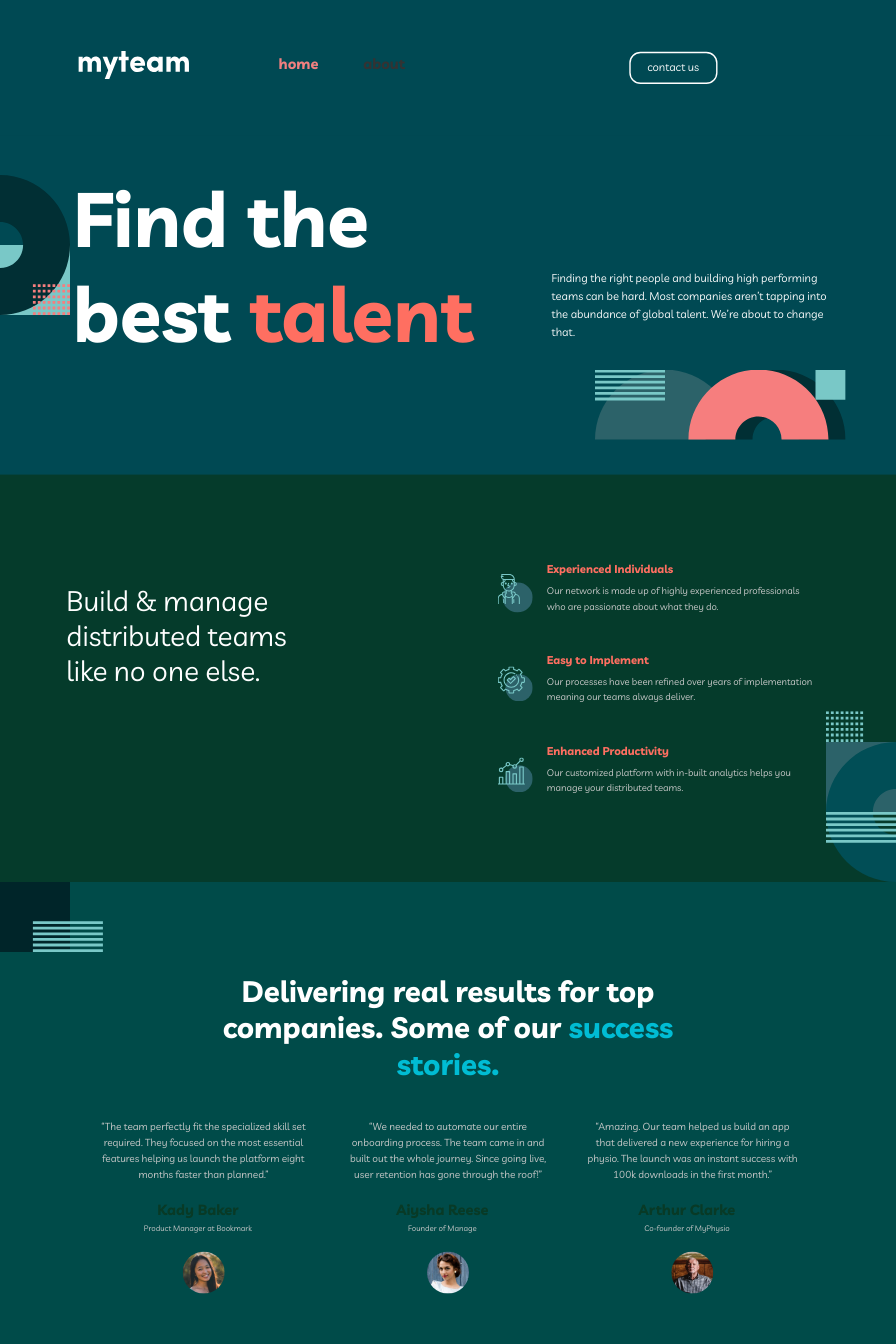
Repository: Gabriel221-dev/Project-page-main
Page: /
These files come from the project's save history. The page is drawn as it stood at one moment and after the next save; the edit follows.
The browser window is 1280 px wide. The pictures show the part of the page from y = 0 to 1920 px (the page is 2612 px tall), at 70% of full size.
The project was rebuilt for these pictures with package versions that can differ from the ones it lists, and the page was loaded fresh each time. Also part of the build but not shown: vite.config.js, src/pages/About.css, src/components/DirectorCard.css, src/components/DirectorCard.jsx, src/pages/About.jsx, src/pages/Contact.css, src/pages/Contact.jsx.

Above is the page before, as saved 2024-07-23 18:31:09.

### src/App.jsx
import { BrowserRouter as Router, Route, Routes } from "react-router-dom";
import Home from "./pages/Home";
import About from "./pages/About";
import Contact from "./pages/Contact";
import Header from "./components/Header";
import Footer from "./components/Footer";
import "./styles/global.css";

const App = () => {
  return (
    <Router>
      <Header />
      <main>
        <Routes>
          <Route path="/" element={<Home />} />
          <Route path="/about" element={<About />} />
          <Route path="/contact" element={<Contact />} />
        </Routes>
      </main>
      <Footer />
    </Router>
  );
};

export default App;

### src/components/Header.jsx
import { useState } from "react";
import { NavLink } from "react-router-dom";
import { FaBars } from "react-icons/fa";
import Sidebar from "./Sidebar";
import "./Header.css";
import { IconContext } from "react-icons";

const Header = () => {
  const [isSidebarToggled, setSidebarToggled] = useState(false);

  const handleToggle = () => {
    setSidebarToggled((prev) => !prev);
  };

  return (
    <>
      <IconContext.Provider value={{ color: "#fff" }}>
        <header className="header">
          <nav className="header__nav">
            <NavLink className="header__brand" to="/">
              <img
                className="header__logo"
                src="/Imagez/logo.svg"
                alt="Logo"
                loading="eager"
                width="160"
              />
            </NavLink>

            <ul className="header__navigation">
              <li className="header__link">
                <NavLink
                  className={({ isActive }) =>
                    isActive
                      ? "header__anchor header__anchor--active"
                      : "header__anchor"
                  }
                  to="/"
                >
                  home
                </NavLink>
              </li>
              <li className="header__link">
                <NavLink
                  className={({ isActive }) =>
                    isActive
                      ? "header__anchor header__anchor--active"
                      : "header__anchor"
                  }
                  to="/about"
                >
                  about
                </NavLink>
              </li>

              <NavLink className="header__btn" to="/contact">
                contact us
              </NavLink>
            </ul>

            <button
              className="header__menu"
              title="Toggle Menu"
              onClick={handleToggle}
            >
              <FaBars />
            </button>
          </nav>
          <Sidebar isOpen={isSidebarToggled} onToggle={handleToggle} />
        </header>
      </IconContext.Provider>
    </>
  );
};

export default Header;

### src/styles/global.css
@import url('https://fonts.googleapis.com/css2?family=Livvic:ital,wght@0,400;0,500;0,600;0,700;1,400;1,500;1,600;1,700&display=swap');/* Reset some default browser styles */
* {
    margin: 0;
    padding: 0;
    box-sizing: border-box;
  }

  body {
    font-family: "Livvic", sans-serif;
    line-height: 1.6;
    color: #333;
    background-color: #004953;
    margin: 0;
    padding: 0;
  }

  /* Headings */
  h1, h2, h3, h4, h5, h6 {
    margin-bottom: 1rem;
    line-height: 1.25;
  }

  h1 {
    font-size: 2.5rem;
  }

  h2 {
    font-size: 2rem;
  }

  h3 {
    font-size: 1.75rem;
  }

  h4 {
    font-size: 1.5rem;
  }

  h5 {
    font-size: 1.25rem;
  }

  h6 {
    font-size: 1rem;
  }

  /* Paragraphs */
  p {
    margin-bottom: 1rem;
  }

  /* Links */
  a {
    color: #007BFF;
    text-decoration: none;
  }

  a:hover {
    text-decoration: underline;
  }

  /* Images */
  img {
    max-width: 100%;
    height: auto;
  }

  /* Forms */
  input, textarea, button {
    font-family: inherit;
    font-size: inherit;
  }

  input, textarea {
    width: 100%;
    padding: 0.5rem;
    margin-bottom: 1rem;
    border: 1px solid #ccc;
    border-radius: 4px;
  }

  button {
    padding: 0.5rem 1rem;
    background-color: #007BFF;
    color: #fff;
    border: none;
    border-radius: 4px;
    cursor: pointer;
  }

  button:hover {
    background-color: #0056b3;
  }

  /* Utility Classes */
  .container {
    max-width: 1200px;
    margin: 0 auto;
    padding: 0 1rem;
  }

  .text-center {
    text-align: center;
  }

  .mt-1 {
    margin-top: 1rem;
  }

  .mb-1 {
    margin-bottom: 1rem;
  }

  .mt-2 {
    margin-top: 2rem;
  }

  .mb-2 {
    margin-bottom: 2rem;
  }

  .mt-3 {
    margin-top: 3rem;
  }

  .mb-3 {
    margin-bottom: 3rem;
  }

  .mt-4 {
    margin-top: 4rem;
  }

  .mb-4 {
    margin-bottom: 4rem;
  }

  .mt-5 {
    margin-top: 5rem;
  }

  .mb-5 {
    margin-bottom: 5rem;
  }

### src/components/ContactBanner.jsx
import { Link } from "react-router-dom";
import "./ContactBanner.css";

const ContactBanner = () => {
  return (
    <div className="banner">
      <div className="banner__content">
        <h1 className="banner__title">Ready to get started?</h1>
        <Link to="/contact" className="banner__btn">
          contact us
        </Link>
      </div>
    </div>
  );
};

export default ContactBanner;

### src/pages/Home.css
/* Variables */
:root {
    --midnight-green: #004d40;
    --light-coral: #ff6f61;
    --rapture-blue: #00bcd4;
    --deep-jungle-green: #002b22;
    --sacramento-state-green: #003b36;
  }

  /* Main styles */
  /* .home {
    padding: 10px;
  } */

  .find {

    display: flex;
    align-items: center;
    justify-content: center;
    padding: 50px 0;
    position: relative;
    background-image: url('/Imagez/bg-pattern-home-1.svg');
    background-repeat: no-repeat;
    background-position: left -100px top 56px;
  }

  @media only screen and (max-width: 768px) {
    .find {
      background-image: none;
    }
  }

  .find__content {
    display: flex;
    flex-direction: row;
    align-items: center;
    justify-content: center;
    text-align: left;
    color: white;
    background-image:url('/Imagez/bg-pattern-home-2.svg');
    background-repeat: no-repeat;
    background-position: right bottom ;
  }

  @media only screen and (max-width: 768px) {
    .find__content {
      flex-direction: column;
    }
  }

  .find__title {
    font-size: 6.8rem;
    margin-bottom: 4rem;
    padding-left: 2rem;
    padding-bottom: 3rem;
    flex: 1;
    max-width: 700px;
  }

  @media only screen and (max-width: 768px) {
    .find__title {
      text-align: center;
      margin: 0 auto;
      font-size: 2rem;
    }
  }

  .find__title--coral {
    color: var(--light-coral);
  }

  .find__description {
    font-size: 1rem;
    padding: 2rem 0.5rem;
    margin: 1rem 0.5rem;
    max-width: 420px;
    flex: 1;
  }

  @media only screen and (max-width: 768px) {
    .find__description {
      text-align: center;
      margin: 0 auto;
      font-size: 1rem;
    }
  }

  .build {
    background-color: #053b2b;
    padding: 50px 0;
    display: flex;
    height: 100%;
    align-items: center;
    justify-content: center;
    position: relative;
    background-image: url('/Imagez/bg-pattern-home-3.svg');
    background-repeat: no-repeat;
    background-position: right -100px bottom;
  }

  @media only screen and (max-width: 768px) {
    .build {
      background-position: right -100px top;
      flex-direction: column;
    }
  }

  .build__content {
    display: flex;
    flex-direction: row;
    align-items: flex-start;
    justify-content: space-between;
    max-width: 1200px;
    width: 100%;
    margin-top: 1rem;
    padding: 1.8rem;
  }

  @media only screen and (max-width: 768px) {
    .build__content {
      flex-direction: column;
    }
  }

  .build__title {
    font-size: 2.5rem;
    font-weight: bold;
    color: #fff;
    margin: 10px -24px;
    flex: 1;
    max-width: 420px;
    padding: 50px;
    text-align: left;
    font-weight: 200;
  }

  @media only screen and (max-width: 768px) {
    .build__title {
      margin-bottom: 20px;
      text-align: left;
      padding: 1rem;
      width: 250px;
      font-size: 2rem;
      text-align: left;
      justify-content: flex-start;
    }
  }

  .build__items {
    font-size: 0.5rem;
    display: flex;
    flex-direction: column;
    flex: 1;
    margin: 10px 50px;
    max-width: 450px;
  }

  @media only screen and (max-width: 768px) {
    .build__items {
      max-width: 100%;
    }
  }

  .build__item {
    display: flex;
    align-items: center;
    margin: 20px 0;
    text-align: left;
  }

  @media only screen and (max-width: 768px){
    .build__item{
      flex-direction: column;
      align-items: center;
    }
  }

  .build__icon {
    width: 50px;
    margin-right: 20px;

  }

  @media only screen and (max-width: 768px) {
    .build__icon {
      margin-bottom: 10px; /* Space between icon and text */
    }
  }

  .build__text h3 {
    font-size: 1rem;
    color: #ff6f61;
    font-weight: bold;
    margin-bottom: 10px;
  }

  @media screen and (max-width:768px){
    .build__text h3{
      padding: 1rem;
      font-size: 1rem;
      text-align: center;

    }
  }

  .build__text p {
    font-size: 0.85rem;
    color: #ccc;
    margin-top: 0;
  }

  @media screen and (max-width:768px){
    .build__text p{
      padding-bottom: .5rem;
      font-size: .8rem;
      width: 340px;
      text-align: center;
    }
  }

  .delivering {
    background-color: #004b49;
    padding: 50px 0px;
    position: relative;
    background-image:url(/Imagez/bg-pattern-home-4-about-3.svg), url(/Imagez/bg-pattern-home-5.svg);
    background-repeat: no-repeat;
    background-position: left top, right bottom;
    width: auto;
  }

  .delivering__content {
    text-align: center;
    max-width: 1000px;
    margin: 0 auto;
    grid-column: center-start / center-end;
    grid-row: 2 / 3;
    display: grid;
    grid-template-rows: 140px repeat(2, auto) 140px;
  }

  @media only screen and (max-width: 768px) {
    .delivering__content {
      grid-template-rows: 100px repeat(2, auto) 100px;
    }
  }

  .delivering__title {
    font-size: 41.9px;
    font-weight: bold;
    color: #fff;
    text-align: center;
    max-width: 49.5rem;
    height: 170px;
    margin-left: auto;
    margin-right: auto;
    margin-top: 79px;
    /* background-color:greenyellow; */
  }

  @media only screen and (max-width: 768px) {
    .delivering__title {
      margin-top: 4.8rem;
      font-size: 1.9rem;
      display: block;
      max-width: 550px;
      margin-bottom: 60px;
      padding: 1.5rem;
    }
  }

  .delivering__title--rapture-blue {
    color: var(--rapture-blue);
  }

  .delivering__quotes {
    justify-content: center;
    grid-row: 3 / 4;
    display: grid;
    grid-template-columns: repeat(3, 1fr);
    column-gap: 3rem;
    margin-top: 2rem;
    height: 350px;
    max-width: 1000px;
    margin-top: 8rem;
  }

  @media only screen and (max-width: 768px) {
    .delivering__quotes {
      grid-template-columns: 1fr;
      grid-template-rows: repeat(3, min-content);
      column-gap: 0;
      row-gap: 2.5rem;
      padding: 2.5rem;
      margin-top: 6.8rem;
    }
  }

  .delivering__quote {
    text-align: center;
    display: flex;
    flex-direction: column;
    justify-content: space-between;
    height: 100%;
        margin-left: auto;
    margin-right: auto;
  }

  .delivering__quote p {
    font-size: .9rem;
    color: #ccc;
    display: -webkit-box;
    -webkit-box-orient: vertical;
    -webkit-line-clamp: 4;
    overflow: hidden;
    text-overflow: ellipsis;
    margin-top: 20px;
  }

  .delivering__quote h3 {
    font-size: 1.3rem;
    color: #083a26;
    margin:-8rem 2rem -3rem 1rem;
  }

  .delivering__quotes .name__tag {
    font-size: .7rem;
    margin:-5rem 1rem -2rem 0rem;
  }

  .delivering__quote img {
    width: 60px;
    height: 60px;
    border-radius: 50%;
    align-self: center;
    margin: -5rem 0rem 5rem 0rem ;
  }


  @media only screen and (max-width: 768px) {
    .delivering__quotes {
      grid-template-columns: 1fr;
      grid-template-rows: repeat(3, min-content);
      column-gap: 0;
      row-gap: 2.5rem;
      padding: 2.5rem;
      height: auto
    }

    .delivering__quote {
      height: auto; /* Adjust height for smaller screens */
    }

    .delivering__quote p {
      -webkit-line-clamp: 3; /* Limits the text to 3 lines on smaller screens */
    }

    .delivering__quote h3, p{
      margin: .5rem;
    }

    .delivering__quote .name__tag{
      margin: -4px;
    }

    .delivering__quote img{
      margin: 15px;
    }
  }

### src/components/Sidebar.jsx
import PropTypes from "prop-types";
import { useNavigate } from "react-router-dom";
import { AiOutlineClose } from "react-icons/ai";
import "./Sidebar.css";
import { IconContext } from "react-icons";

const Sidebar = ({ isOpen, onToggle }) => {
  const navigate = useNavigate();

  const handleNavigate = (path) => {
    navigate(path);
    onToggle();
  };

  return (
    <IconContext.Provider value={{ color: "#fff" }}>
      <div className={`sidebar ${isOpen ? "sidebar--open" : ""}`}>
        <div className="sidebar__overlay" onClick={onToggle}></div>
        <div className="sidebar__content">
          <div className="sidebar__header">
            <button
              className="sidebar__close"
              title="Close Menu"
              onClick={onToggle}
            >
              <AiOutlineClose />
            </button>
          </div>

          <ul className="sidebar__navigation">
            <li className="sidebar__link">
              <button
                className="sidebar__anchor"
                onClick={() => handleNavigate("/")}
              >
                home
              </button>
            </li>
            <li className="sidebar__link">
              <button
                className="sidebar__anchor"
                onClick={() => handleNavigate("/about")}
              >
                about
              </button>
            </li>
          </ul>

          <button
            className="sidebar__btn"
            onClick={() => handleNavigate("/contact")}
          >
            contact us
          </button>
        </div>
      </div>
    </IconContext.Provider>
  );
};

Sidebar.propTypes = {
  isOpen: PropTypes.bool.isRequired,
  onToggle: PropTypes.func.isRequired,
};

export default Sidebar;

### src/components/Header.css
.header {
    background-color: #004953;
    height: 194px;
    display: flex;
    justify-content: space-between;
    align-items: center;
    padding: 1rem 7rem;
  }

  @media only screen and (max-width: 850px) {
    .header {
      height: 150px;
      /* background-color:red; */
      align-items:left;
    }
  }

  @media only screen and (max-width: 576px) {
    .header {
      height: 128px;
    }
  }

  .header__nav {
    /* display: flex;
    align-items: center;
    gap: 8rem; */
    grid-column: center-start / center-end;
    display: grid;
    grid-template-columns: max-content 1fr max-content;
    align-items: center;
    column-gap: 8rem;

    @media only screen and (max-width: 768px) {
      column-gap: 4rem;
    }

    @media only screen and (max-width: 576px) {
        grid-template-columns: repeat(2, 1fr);
        column-gap: 0;
    }
  }

  .header__logo {
    max-width: 158px;

    @media only screen and (max-width: 768px) {
      margin-right: 14rem;
      margin-left: -5rem;
    }
  }

  .header__navigation {
    list-style: none;
    display: flex;
    margin: 0;
    padding: 0;
    text-decoration: none;

    @media only screen and (max-width: 820px) {
      display: none;
    }
  }

  .header__link {
    margin-right: 4rem;
    text-decoration: none;
  }

  /* .header:last-child {
    margin-right: 0;
  } */

  .header__anchor {
    font-size: 1.3rem;
    text-decoration: none;
    color: #333;
    font-weight: bold;
  }

  .header__anchor:hover{
    text-decoration: none;
  }

  .header__anchor--active {
    color: #f08080;
}

  .header__btn {
    background-color: transparent;
    border: 2px solid #fff;
    border-radius:16px;
    color: #fff;
    padding: 0.5rem 1.5rem;
    margin-left: 16rem;
    text-decoration: none;
    display: inline-block;
    cursor: pointer;
    justify-self: end;

    @media only screen and (max-width: 820px) {
      display: none;
    }
  }

  .header__btn:hover{
    background-color:white;
    color:#004953;
    text-decoration: none;
    border-radius:16px;
    transform: scale(1.05);
    transition: transform 0.6s ease-in-out, border-bottom 0.6s ease;
  }

  .header__menu {
    display: none;

    @media only screen and (max-width: 820px) {
      display: flex;
      width: 50px;
      height: 28px;
      padding: .1rem;
      border: 0;
      outline: 0;
    }
  }

  .header__menu:hover{
    background:none;
  }

### src/components/ContactBanner.css
.banner {
    background-color: #f08080;
    height: 200px;
    display: grid;
    column-gap: 3rem;
    align-items: center;
    align-content: center;
    background-image:url(/Imagez/bg-pattern-home-6-about-5.svg);
    background-repeat: no-repeat;
    background-position: left bottom;

    @media only screen and (max-width: 768px) {
      height: 302px;
    }
  }

  .banner__content {
    grid-column: 2 / 10;
    display: grid;
    grid-template-columns: repeat(12, 1fr);
    align-items: center;
    grid-column: center-start / center-end;
    column-gap: 3rem;

    @media only screen and (max-width: 768px) {
      grid-template-rows: repeat(2, min-content);
      grid-template-columns: 1fr;
      column-gap: 0;
      row-gap: 2.4rem;
      text-align: center;
    }
  }

  .banner__title {
    color: #1b4332;
    margin: 1rem;
    grid-column:1 / 7;


    @media only screen and (max-width: 768px) {
      grid-column: 2 / 9;
    }

    @media only screen and (max-width: 480px) {
      grid-column: 1 / 2;
    }
  }

  .banner__btn {
    grid-column: 10 / -1;
    background-color: green;
    color: #ffffff;
    margin: 1rem;
    border-radius: 1rem;
    padding-left: 3.5rem;


    @media only screen and (max-width: 768px) {
        grid-column: 9 / -1;
      margin: auto;
      padding: .5rem;
    }
  }

  /* New styles for mobile layout */
  @media only screen and (max-width: 480px) {
    .banner__content {
      grid-template-columns: auto; /* Remove explicit row heights */
      text-align: center; /* Center align content on smaller screens */
    }

    .banner__title {
      grid-column: 1 / -1; /* Span across all columns */
      margin-bottom: 1rem; /* Add space between title and button */
    }
  }

### src/components/Sidebar.css
.sidebar {
    display: none;
    width: 100%;
    height: 100%;
    position: fixed;
    top: 0;
    left: 0;
    z-index: 100;
    transition: all 0.3s ease;
  }

  .sidebar--open {
    display: grid;
    grid-template-columns: 1fr min-content;
  }

  .sidebar__overlay {
    grid-column: 1 / -1;
    grid-row: 1 / 2;
    background-color: rgba(0, 0, 0, 0.5);
    transition: background-color 0.3s ease;

  }

  .sidebar__content {
    grid-column: 2 / 3;
    grid-row: 1 / 2;
    background-color: #194c4c;
    width: 250px;
    display: grid;
    grid-template-rows: 128px repeat(2, min-content);
    grid-template-columns: 48px 1fr 25px;
    transition: width 0.3s ease;
    background-image: url(/Imagez/bg-pattern-about-1-mobile-nav-1.svg);
    background-repeat: no-repeat;
    background-position: right -100px bottom;
    transition: width .4s ease;

  }

  .sidebar__header {
    grid-column: 2 / 3;
    justify-self: end;
    align-self: center;
  }

  .sidebar__close {
    background-color:#194c4c ;
    width: 30px;
    border: 0;
    outline: 0;
  }

  .sidebar__close:hover{
    background-color:#194c4c;
  }

  .sidebar__navigation {
    grid-column: 2 / 3;
    list-style: none;
    margin: 0;
    padding: 0;
  }

  .sidebar__link {
    margin-bottom: 2.4rem;
  }

  .sidebar__anchor {
    font-size: 1.1rem;
    color: #fff;
    background: transparent;
    border: none;
    text-decoration: none;
    cursor: pointer;
  }

  .sidebar__anchor:hover{
    background:none;
  }

  .sidebar__btn {
    grid-column: 2 / 3;
    background-color: transparent;
    border: 1px solid #fff;
    color: #fff;
    padding: 0.5rem 1rem;
    text-decoration: none;
    display: inline-block;
    cursor: pointer;
    width: 159px;
  }

  .sidebar__btn:hover{
    background:white;
    color:#194c4c;
    transform: scale(1.05);
    transition: transform 0.3s ease-in-out, border-bottom 0.6s ease;
  }

  .sidebar--open .sidebar__overlay {
    background-color: rgba(0, 0, 0, 0.5);
  }

  .sidebar--open .sidebar__content {
    width: 250px;
  }

  @media (max-width: 768px) {
    .header__menu {
      display: grid;
      background-color: transparent;
      width: 24px;
      border: 0;
      outline: 0;
      justify-self: end;
      align-self: center;
      margin-left: auto;
    }
  }

Loaded but not shown: index.html (common file); src/main.jsx (common file); src/pages/Home.jsx (120 lines, source omitted); src/components/Footer.jsx (89 lines, source omitted); src/components/Footer.css (209 lines, source omitted)

After the next save:
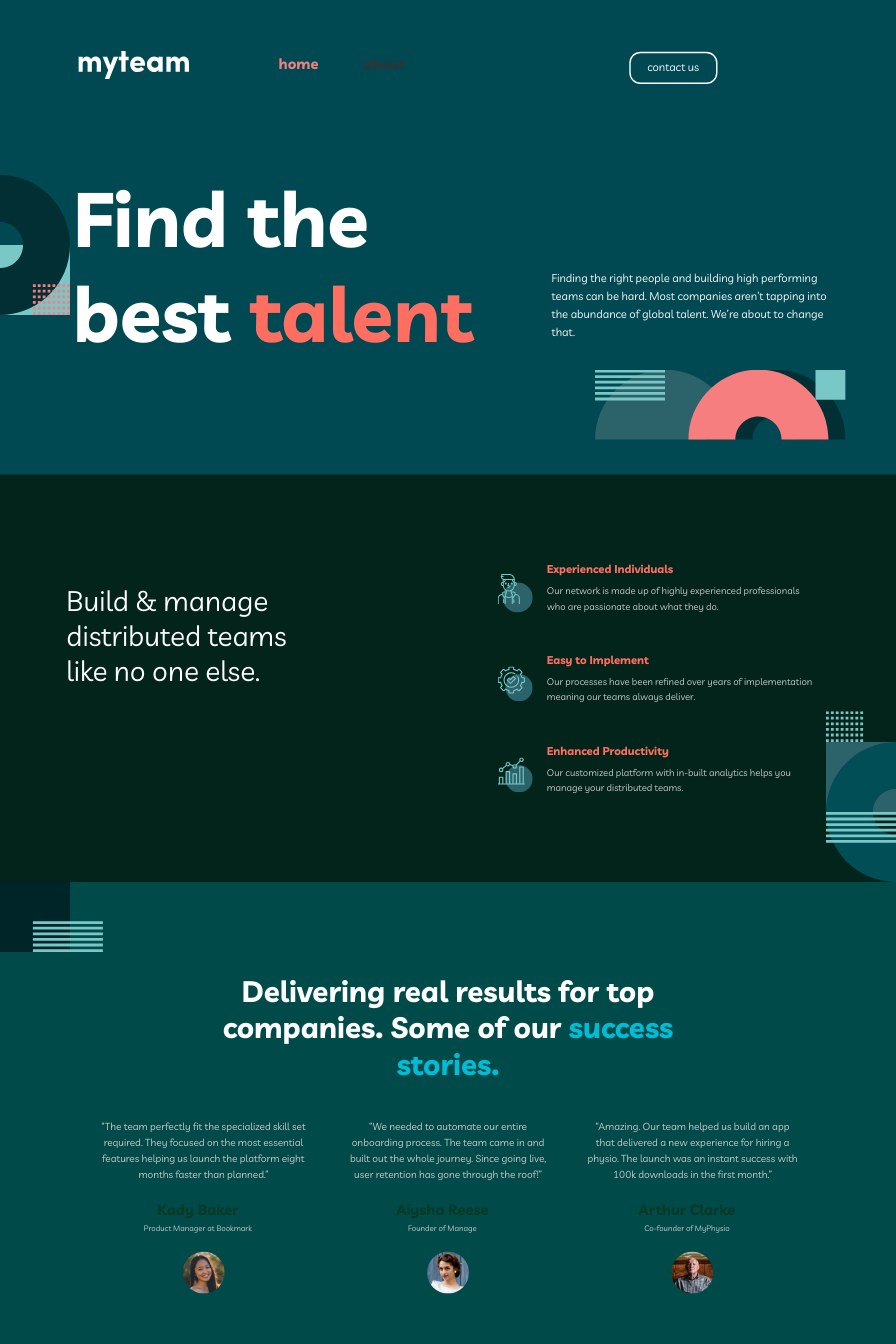
Saved 8 s later.
--- a/src/pages/Home.css
+++ b/src/pages/Home.css
@@ -86,7 +86,7 @@
   }
 
   .build {
-    background-color: #053b2b;
+    background-color: #02241a;
     padding: 50px 0;
     display: flex;
     height: 100%;
